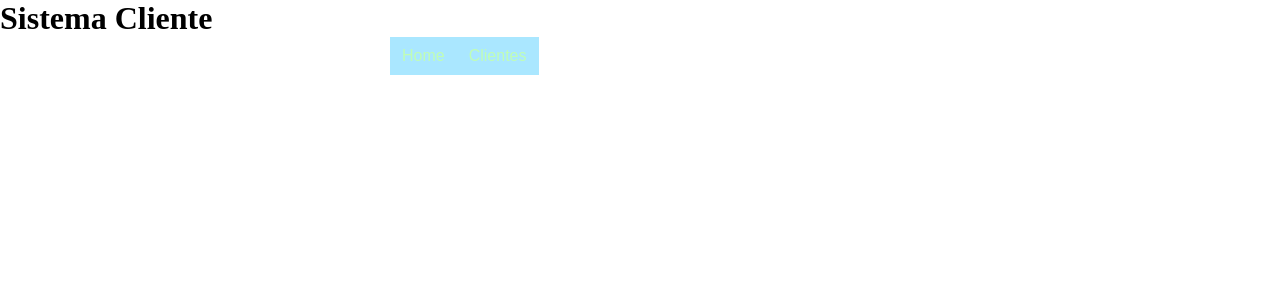
Repository: felipeps23/Java
Page: http://localhost/CRUD-MVC/AgregarCliente
These files come from the project's save history. The page is drawn as it stood at one moment and after the next save; the edit follows.
The browser window is 1280 px wide. The pictures show the whole page.
The page is served by Tomcat 9. Other server files are loaded and not shown.

Above is the page before, as saved 2021-10-03 18:01:12.

### CRUD-MVC/src/main/webapp/AgregarCliente.jsp
<%@ page language="java" contentType="text/html; charset=ISO-8859-1"
    pageEncoding="ISO-8859-1"%>
<!DOCTYPE html>
<html>
<head>
	<meta charset="ISO-8859-1">
	<title>Agregar Cliente</title>
	<link rel="stylesheet" type="text/css" href="style.css">
	<%@ taglib prefix="c" uri="http://java.sun.com/jsp/jstl/core" %>
</head>
<body>
	<h1>Sistema Cliente</h1>
	<div id="header">
		<ul class="nav">
			<li><a href="${pageContext.request.contextPath}/index.jsp">Home</a></li>
			<li><a>Clientes</a>
				<ul>
					<li><a href="${pageContext.request.contextPath}/AgregarCliente">Agregar Cliente</a></li>
					<li><a href="${pageContext.request.contextPath}/VerDetalleCliente">Ver Cliente</a></li>
					<li><a href="${pageContext.request.contextPath}/ListadoClientes">Listar Clientes</a></li>
					<li><a href="${pageContext.request.contextPath}/EditarCliente">Editar Cliente</a></li>
					<li><a href="${pageContext.request.contextPath}/EliminarCliente">Eliminar Cliente</a></li>
				</ul>
			</li>
		</ul>
	</div>
</body>
</html>

### CRUD-MVC/src/main/java/controlador/AgregarCliente.java
package controlador;

import java.io.IOException;

import javax.servlet.ServletException;
import javax.servlet.annotation.WebServlet;
import javax.servlet.http.HttpServlet;
import javax.servlet.http.HttpServletRequest;
import javax.servlet.http.HttpServletResponse;

import dao.ClienteDao;
import modelo.Cliente;

/*
 *
 * Servlet implementacion de clase ClienteController
 *
 */

@WebServlet("/AgregarCliente")
public class AgregarCliente extends HttpServlet {

	/**
	 *
	 */
	private static final long serialVersionUID = 1L;

	public AgregarCliente() {
		super();
	}

	protected void doGet(HttpServletRequest request, HttpServletResponse response) throws ServletException, IOException {

		request.getRequestDispatcher("AgregarCliente.jsp").forward(request, response);
	}

	protected void doPost(HttpServletRequest request, HttpServletResponse response) throws ServletException, IOException {

		String nombre = request.getParameter("nombre");
		int telefono = Integer.parseInt(request.getParameter("telefono"));
		String email = request.getParameter("email");
		String rubro = request.getParameter("rubro");
		String direccion = request.getParameter("direccion");

		Cliente cli = new Cliente(nombre, telefono, email, rubro, direccion);
		ClienteDao clientedao = new ClienteDao();

		boolean agregar = false;
		agregar = clientedao.agregar(cli);

		String mensaje = "";

		if (agregar) {
			mensaje = "El cliente se agrego correctamente";
		} else {
			mensaje = "Ocurrio un error al procesar la solicitud";
		}

		request.setAttribute("ccmensaje", mensaje);
		request.getRequestDispatcher("AgregarCliente.jsp").forward(request, response);

	}

}

### CRUD-MVC/src/main/webapp/style.css
@charset "ISO-8859-1";

*{
	margin:0px;
	padding:0px;

}

#header {
	margin:auto;
	width:500px;
	font-family:Arial, Helvetica, sans-serif;
	margin-bottom:10px;
}

ul, ol {
	list-style:none;
}

.nav > li {
	float:left;
}

.nav li a {
	background-color:rgb(170, 231, 255);
	color:rgb(193, 253, 181);
	text-decoration:none;
	padding:10px 12px;
	display:block;
}

.nav li a:hover {
	background-color:#2649a8;
}

.nav li ul {
	display:none;
	position:absolute;
	min-width:140px;
}

.nav li:hover > ul {
	display:block;
}

.nav li ul li {
	position:relative;
}

.nav li ul li ul {
	right:-140px;
	top:0px;
}

After the next save:
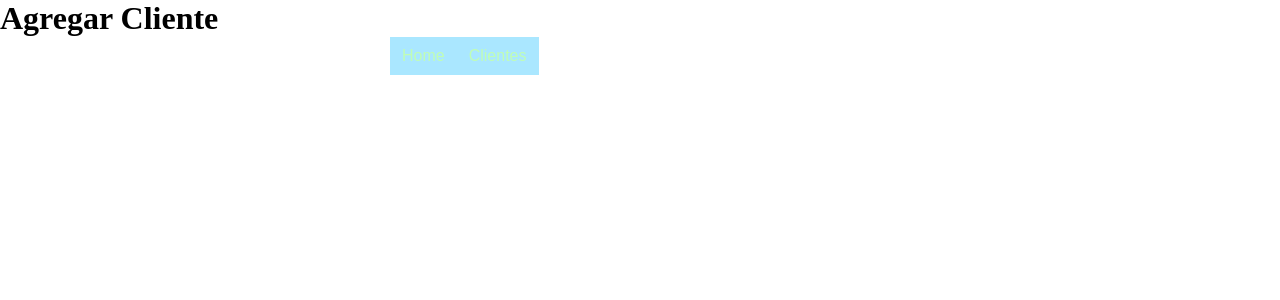
Saved 94 s later.
--- a/CRUD-MVC/src/main/webapp/AgregarCliente.jsp
+++ b/CRUD-MVC/src/main/webapp/AgregarCliente.jsp
@@ -9,7 +9,7 @@
 	<%@ taglib prefix="c" uri="http://java.sun.com/jsp/jstl/core" %>
 </head>
 <body>
-	<h1>Sistema Cliente</h1>
+	<h1>Agregar Cliente</h1>
 	<div id="header">
 		<ul class="nav">
 			<li><a href="${pageContext.request.contextPath}/index.jsp">Home</a></li>
